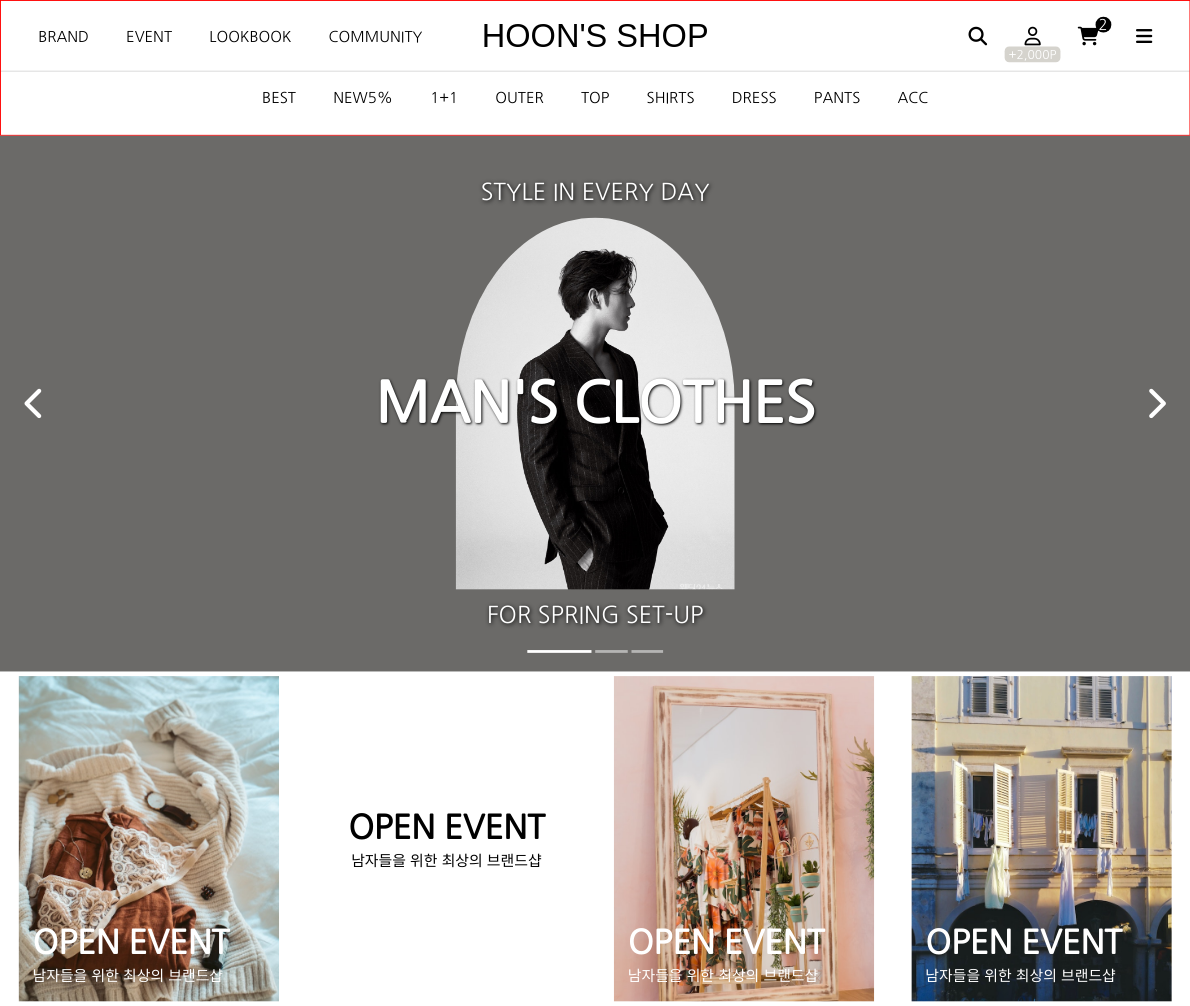
Repository: Iimchaehoon/cafeProject
Page: src/index.html
These files come from the project's save history. The page is drawn as it stood at one moment and after the next save; the edit follows.
The browser window is 1280 px wide. The pictures show the whole page, at 93% of full size.
Some web fonts or font styles are not loaded; a fallback is used. Some web libraries are served in a nearby version.

Above is the page before, as saved 2024-07-23 23:46:06.

After the next save:
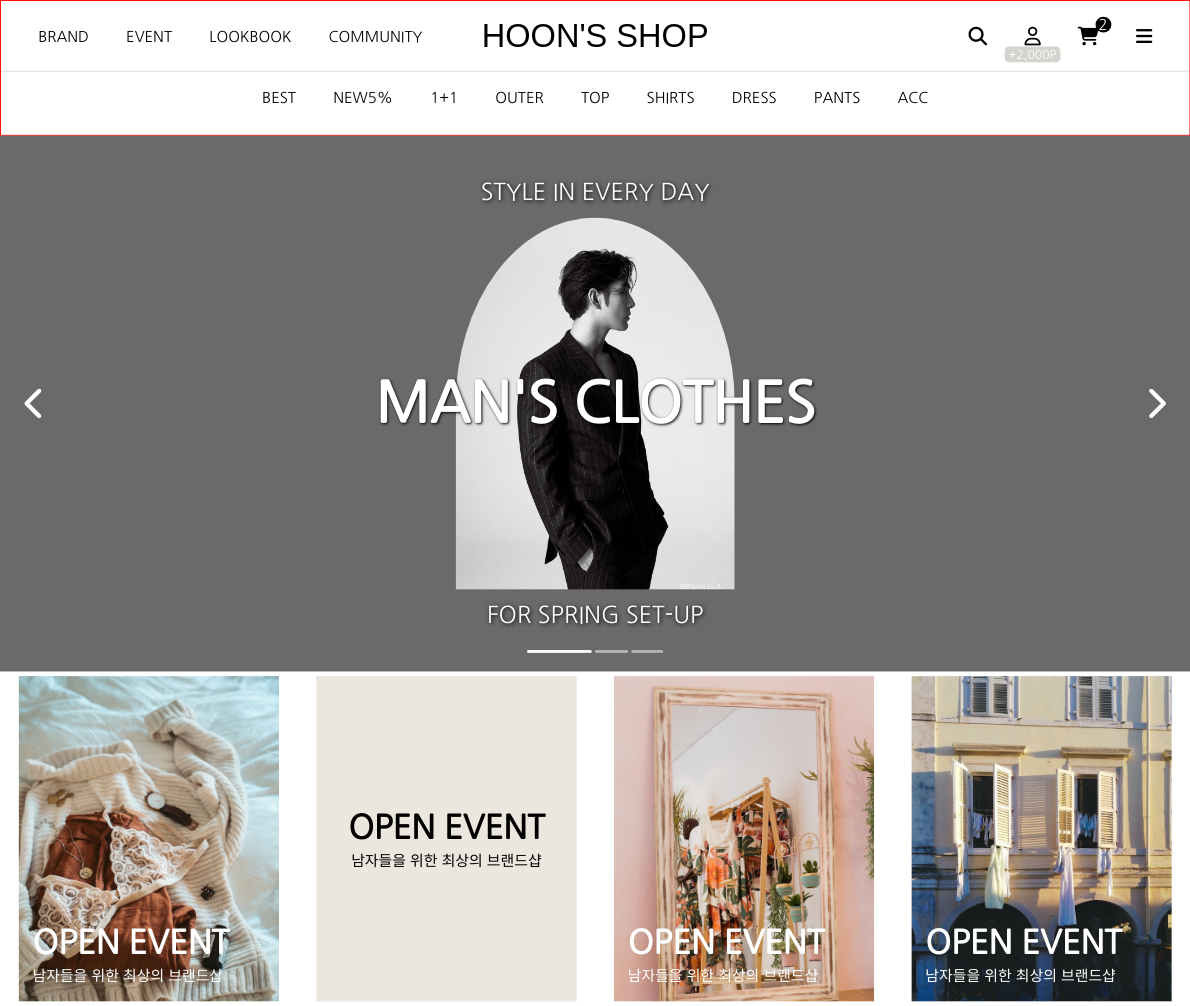
Saved 31 s later.
--- a/src/css/intro.css
+++ b/src/css/intro.css
@@ -16,7 +16,7 @@
   flex-direction: column;
   justify-content: center;
   align-items: center;
-  color: #ebe7df;
+  background-color: #ebe7df;
 }
 .main__intro-image {
   width: 100%;
